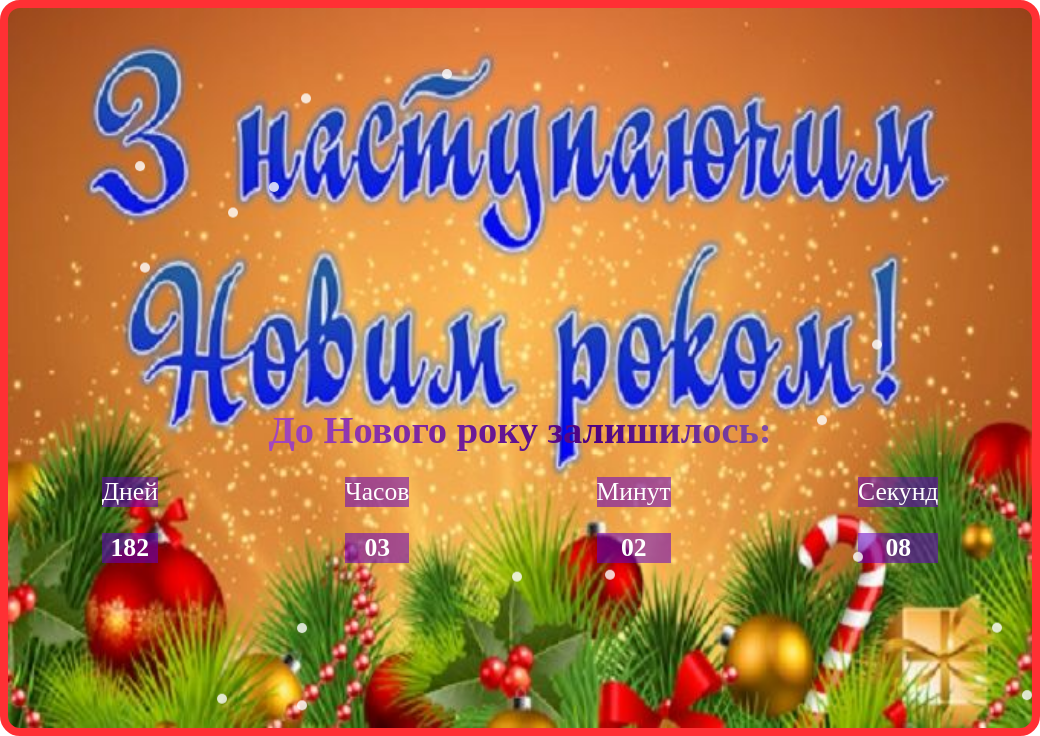
Repository: KonstantinKhamilov/JavaScript11-new-year
Page: index.html
These files come from the project's save history. The page is drawn as it stood at one moment and after the next save; the edit follows.
The browser window is 1024 px wide. The page is 1040 px wide, so the pictures cover 1040 px, including what lies to the right of the window. The pictures show the whole page.

Above is the page before, as saved 2024-12-29 22:44:13.

After the next save:
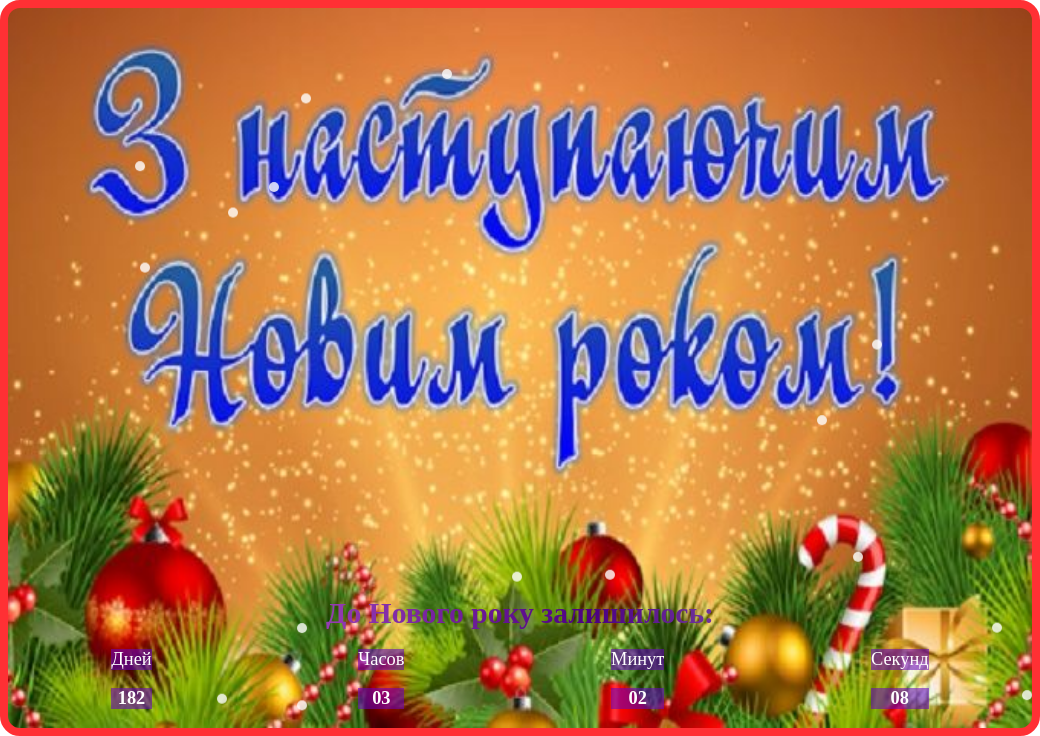
Saved 37 s later.
--- a/newYear.css
+++ b/newYear.css
@@ -136,16 +136,16 @@ body {
   .timer > #hrs,
   .timer > #min,
   .timer > #sec {
-    font-size: 1.6em;
+    font-size: 1.15em;
   }
   h2 {
-    font-size: 2.05em;
+    font-size: 1.5em;
   }
   .text {
-    font-size: 2.4em;
+    font-size: 1.85em;
   }
   .maintext {
-    bottom: 20%;
+    bottom: 0.5%;
   }
 }
 
